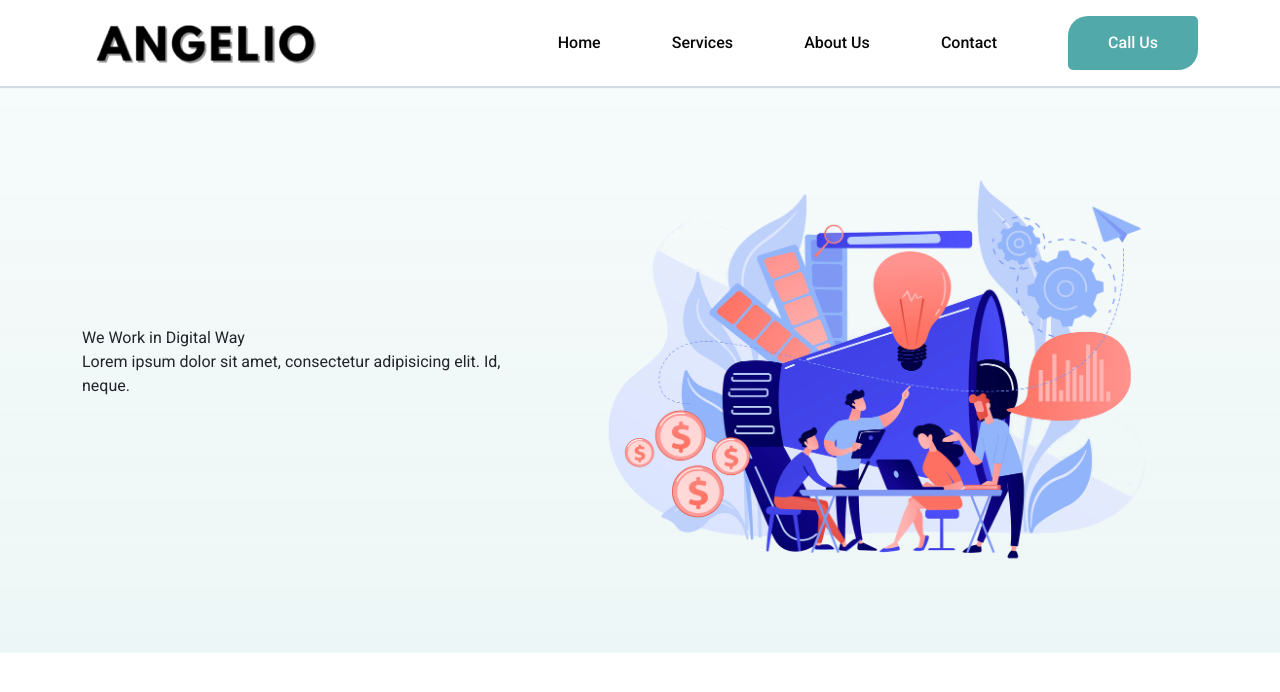
Repository: nazmulalok/landing-page-angelio
Page: index.html
An editor plug-in stored every save of this project. The page is shown before and after the next save, followed by the edit.
The browser window is 1280 px wide. The pictures show the whole page.

Above is the page before, as saved 2022-09-04 16:35:48.

### index.html
<!DOCTYPE html>
<html lang="en">

    <head>
        <meta charset="UTF-8">
        <meta http-equiv="X-UA-Compatible" content="IE=edge">
        <meta name="viewport" content="width=device-width, initial-scale=1.0">
        <title>Landing Page</title>
        <link rel="preconnect" href="https://fonts.googleapis.com">
        <link rel="preconnect" href="https://fonts.gstatic.com" crossorigin>
        <link
            href="https://fonts.googleapis.com/css2?family=Roboto:ital,wght@0,300;0,400;0,500;0,700;0,900;1,300;1,400;1,500;1,700;1,900&display=swap"
            rel="stylesheet">
        <link href="https://cdn.jsdelivr.net/npm/bootstrap@5.2.0/dist/css/bootstrap.min.css" rel="stylesheet"
            integrity="sha384-gH2yIJqKdNHPEq0n4Mqa/HGKIhSkIHeL5AyhkYV8i59U5AR6csBvApHHNl/vI1Bx" crossorigin="anonymous">
        <link rel="stylesheet" href="style.css">
    </head>

    <body>
        <header>
            <nav>
                <div class="container">
                    <div class="row align-items-center">
                        <div class="col-lg-5">
                            <div class="logo">
                                <a href="/"><img src="images/angelio-logo.png" alt="Angelio Logo" width="250"
                                        height="66"></a>
                            </div>
                        </div>
                        <div class="col-lg-7 d-flex justify-content-end">
                            <ul>
                                <li><a href="/">Home</a></li>
                                <li><a href="/services.html">Services</a></li>
                                <li><a href="/about-us.html">About Us</a></li>
                                <li><a href="/contact.html">Contact</a></li>
                                <li class="nav-cta"><a href="tel:000-000-0000">Call Us</a></li>
                            </ul>
                        </div>
                    </div>
                </div>
            </nav>
        </header>
        <section class="sec-padding banner-sec">
            <div class="container">
                <div class="row align-items-center">
                    <div class="col-lg-7 order-lg-last">
                        <img src="/images/angelio-digital-marketing.png" alt="">
                    </div>
                    <div class="col-lg-5">
                        <div class="large-heading">We Work in Digital Way</div>
                        <p>Lorem ipsum dolor sit amet, consectetur adipisicing elit. Id, neque.</p>
                    </div>
                </div>
            </div>
        </section>


        <script src="https://cdn.jsdelivr.net/npm/bootstrap@5.2.0/dist/js/bootstrap.bundle.min.js"
            integrity="sha384-A3rJD856KowSb7dwlZdYEkO39Gagi7vIsF0jrRAoQmDKKtQBHUuLZ9AsSv4jD4Xa"
            crossorigin="anonymous"></script>
    </body>

</html>

### style.css
body {
    font-family: 'Roboto', sans-serif;
}

nav {
    padding: 10px 0px;
    box-shadow: 0 1px 1px 1px #14477e2b;
}

nav ul {
    list-style-type: none;
    display: flex;
    justify-content: flex-end;
    margin: 0;
    padding: 0;
    align-items: center;
    gap: 20%;
    white-space: nowrap;
}

nav ul li a {
    color: #080808;
    text-decoration: none;
    display: block;
    position: relative;
    font-weight: 500;
}

nav ul li a:hover {
    color: #52a9a9;
}

li.nav-cta a {
    background: #008080ad;
    padding: 15px 40px;
    color: #fff;
    border-radius: 20px 5px;
    transition: all 0.3s ease;
}

li.nav-cta a:hover {
    background: #008080;
    color: #fff;
    border-radius: 5px 20px;
    transition: all 0.3s ease;
}

li.nav-cta a:before {
    content: "";
    width: 0%;
    height: 0px;
    position: absolute;
    left: 0;
    bottom: 0;
    transition: none;
    transform: none;
    background: none;
    transform-origin: 0%;
}

li.nav-cta a:hover:before {
    transform: none;
    transform-origin: 0%;
}

nav ul li a:before {
    content: "";
    width: 100%;
    height: 2px;
    position: absolute;
    left: 0;
    bottom: 0;
    transition: 0.4s transform ease;
    transform: scale3d(0, 1, 1);
    background: #52a9a9;
    transform-origin: 100% 50%;
}

nav ul li a:hover::before {
    transform: scale3d(1, 1, 1);
    transform-origin: 0 50%;
}

.sec-padding {
    padding: 70px 0px;
}

.banner-sec {
    background-image: linear-gradient(rgb(82 169 169 / 5%), rgb(82 169 169 / 10%));
    background-size: cover;
    background-position: center;
}

.banner-sec img {
    width: 100%;
}

After the next save:
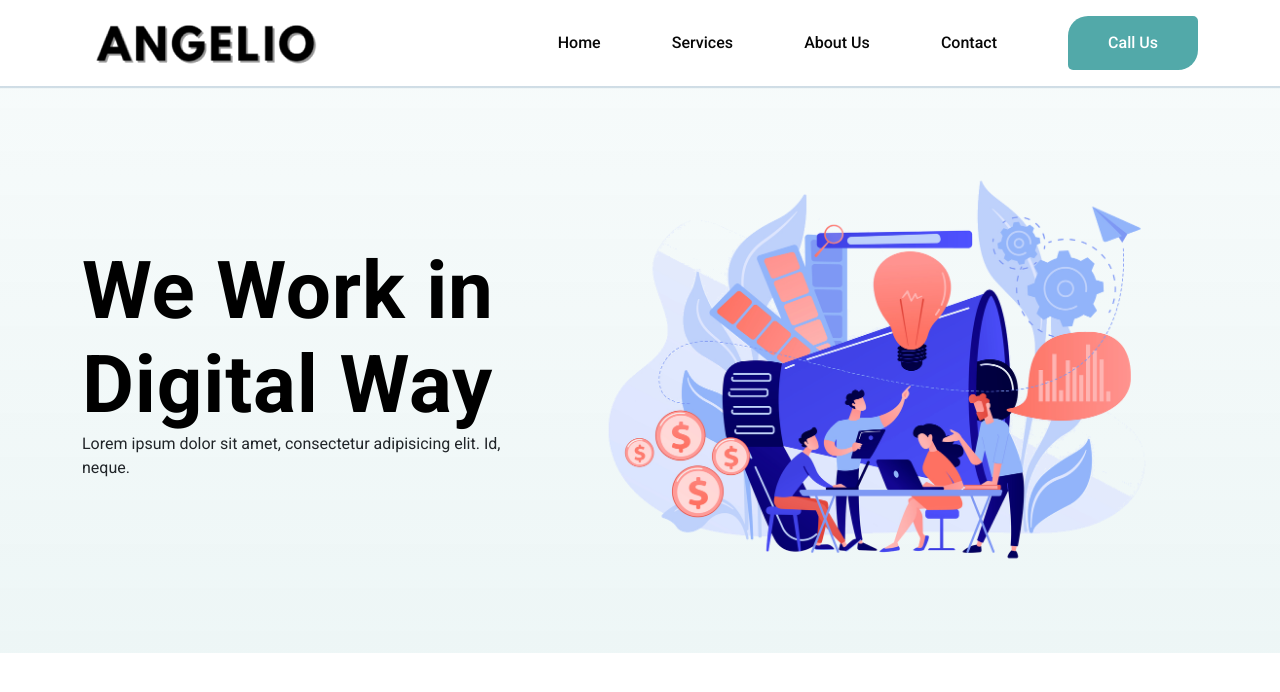
Saved 84 s later.
--- a/style.css
+++ b/style.css
@@ -94,3 +94,11 @@ nav ul li a:hover::before {
 .banner-sec img {
     width: 100%;
 }
+
+.large-heading {
+    font-size: 80px;
+    color: #000;
+    font-weight: 600;
+    letter-spacing: 0.8px;
+    line-height: normal;
+}
